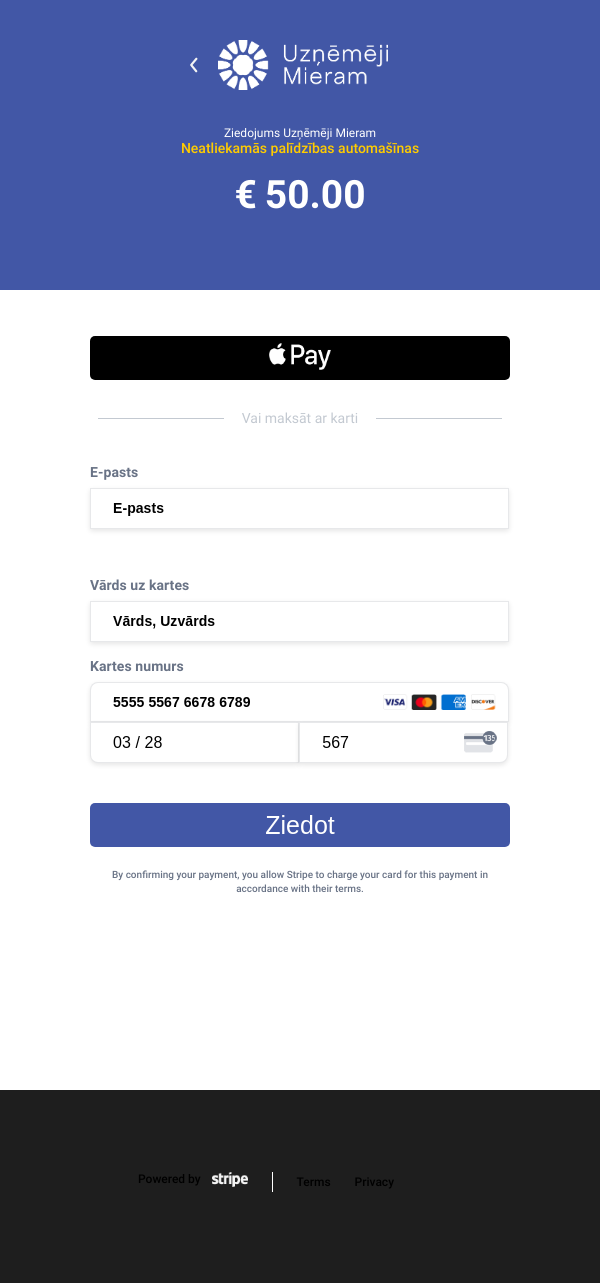
Repository: KatrinaPa/projekts_jul
Page: stripe.html
An editor plug-in stored every save of this project. The page is shown before and after the next save, followed by the edit.
The browser window is 600 px wide. The pictures show the whole page.

Above is the page before, as saved 2023-08-03 21:49:38.

### stripe.html
<!DOCTYPE html>
<html lang="en">

<head>
    <meta charset="UTF-8">
    <meta http-equiv="X-UA-Compatible" content="IE=edge">
    <meta name="viewport" content="width=device-width, initial-scale=1.0">
    <title>Stripe</title>
    <link rel="preconnect" href="https://fonts.googleapis.com">
    <link rel="preconnect" href="https://fonts.gstatic.com" crossorigin>
    <link href="https://fonts.googleapis.com/css2?family=Poppins:wght@300;400;500;600;700&display=swap"
        rel="stylesheet">
    <link rel="preconnect" href="https://fonts.googleapis.com">
    <link rel="preconnect" href="https://fonts.gstatic.com" crossorigin>
    <link href="https://fonts.googleapis.com/css2?family=Poppins:wght@300;400;500;600&display=swap" rel="stylesheet">
    <link rel="stylesheet" href="./assets/main.css" />
    <link rel="stylesheet" href="./assets/stripe-styles.css" />
    <link rel="stylesheet" href="https://cdnjs.cloudflare.com/ajax/libs/font-awesome/6.2.0/css/all.min.css" />
</head>

<body>

    <main>
        <div class="panel-2">
            <section class="section_left">
                <div class="wrapper_left">
                    <div class="logo-back"><a href="sakums.html">
                            <button class="back-btn">
                                <svg xmlns="http://www.w3.org/2000/svg" width="26" height="26" viewBox="0 0 26 26"
                                    fill="none">
                                    <path
                                        d="M15.2444 20.2912C15.0888 20.2917 14.935 20.2574 14.7944 20.1907C14.6538 20.124 14.53 20.0266 14.4319 19.9058L9.40066 13.6558C9.24745 13.4694 9.1637 13.2356 9.1637 12.9943C9.1637 12.753 9.24745 12.5192 9.40066 12.3328L14.609 6.08285C14.7858 5.87012 15.0399 5.73635 15.3153 5.71095C15.5908 5.68556 15.865 5.77062 16.0777 5.94743C16.2905 6.12424 16.4242 6.37832 16.4496 6.65376C16.475 6.9292 16.39 7.20345 16.2132 7.41618L11.5569 12.9995L16.0569 18.5828C16.1843 18.7357 16.2652 18.9219 16.2901 19.1194C16.315 19.3168 16.2827 19.5173 16.1973 19.697C16.1118 19.8767 15.9766 20.0282 15.8078 20.1335C15.6389 20.2388 15.4434 20.2935 15.2444 20.2912Z"
                                        fill="#F4F4F4" />
                                </svg>
                            </button>
                            <div>
                                <img src="assets/images/UM_logo_white.png" alt="UM_logo_white" id="logo-white">
                            </div>
                        </a></div>
                    <div class="donate-amount">
                        <p>Ziedojums Uzņēmēji Mieram<br>
                            <span>Neatliekamās palīdzības automašīnas</span>
                        </p>
                        <div>
                            <h2>€</h2>
                            <h2>50.00</h2>
                        </div>
                    </div>
                    <div class="terms-privacy">
                        <div>Powered by <img src="assets/images/stripe_wht.png" alt="Stripe" id="stripe_logo"></div>
                        <div class="centred-divid"></div>
                        <div class="terms">Terms</div>
                        <div class="privacy">Privacy</div>
                    </div>
                </div>
            </section>


            <section class="section_right">
                <div class="wrapper_right">
                    <button type="submit" class="button-ApplePay"><img src="assets/images/applePay.png" alt="ApplePay"
                            id="applePay-btn"></button>
                    <div class="pay-card-wrapper">
                        <div class="pay-card-line"></div>
                        <div class="pay-card">
                            <p>Vai maksāt ar karti</p>
                        </div>
                        <div class="pay-card-line"></div>
                    </div>

                    <div class="donor-details">
                        <form action="#">
                            <div class="input-details">
                                <label for="email">E-pasts</label>
                                <input type="email" placeholder="E-pasts" id="email" />
                            </div>
                            <div class="input-details">
                                <label for="name-onCard">Vārds uz kartes</label>
                                <input type="text" placeholder="Vārds, Uzvārds" id="name-onCard" />
                            </div>

                            <div class="input-card-details">
                                <label for="card-nr">Kartes numurs</label>
                                <input type="tel" placeholder="5555 5567 6678 6789" id="card-nr"
                                    class="input-icon-cards" />
                                <div>
                                    <input type="tel" placeholder="03 / 28" id="valid" />
                                    <input type="tel" placeholder="567" id="cvc" class="input-icon-cvc" />
                                </div>
                            </div>

                            <button type="submit" class="button-donate id=" donate-btn">Ziedot</button>
                            <div class="confirm">
                                <p>By confirming your payment, you allow Stripe to charge your card for this payment in
                                    accordance with their terms.</p>
                            </div>
                            <div class="terms-privacy-mob">
                                <div>Powered by <img src="assets/images/stripe_wht.png" alt="Stripe" id="stripe_logo">
                                </div>
                                <div class="centred-divid"></div>
                                <div class="terms">Terms</div>
                                <div class="privacy">Privacy</div>
                            </div>
                        </form>
                    </div>
                </div>
            </section>

        </div>
    </main>


</body>

</html>

### assets/stripe-styles.css
.panel-2 {
    display: flex;
    flex-direction: row;
    justify-content: center;
}

.section_left {
    display: flex;
    justify-content: center;
    width: 50%;
    height: 62.69rem;
    background-color: #4257A6;
    font-family: Roboto;
    color: #ffffff;
}

.wrapper_left {
    display: flex;
    flex-direction: column;
    align-items: flex-start;
}

.logo-back {
    margin-top: 12rem;
}

.logo-back a {
    display: flex;
    gap: 0.7rem;
}

.back-btn {
    border: 0;
    background: transparent;
    padding: 0;
    cursor: pointer;
}

#logo-white {
    width: 10.625rem;
}

.donate-amount {
    display: flex;
    flex-direction: column;
    padding-left: 3rem;
}

.donate-amount p {
    font-size: 16px;
    font-weight: 400;
    margin: 3rem 3rem 0 0;
}

.donate-amount p span {
    font-size: 18px;
    font-weight: 500;
    color: #FFCC00;
}

.donate-amount div {
    display: flex;
    gap: 0.5rem;
}

.donate-amount h2 {
    font-size: 39px;
    font-weight: 600;
    margin-top: 0.5rem;
}

.terms-privacy {
    font-size: 12px;
    font-weight: 500;
    display: flex;
    gap: 1.5rem;
    margin-top: 17.2rem;
    width: 16rem;
    padding-left: 3rem;
}

.terms-privacy div:first-child {
    display: flex;
    justify-content: space-between;
    align-items: center;
}

.terms-privacy img {
    width: 33%;
}

.centred-divid {
    width: 1px;
    height: 1.25rem;
    background-color: #ffffff;
}

.terms,
.privacy {
    padding-top: 0.2rem;
    cursor: pointer;
}



.section_right {
    width: 50%;
    background-color: #ffffff;
    font-family: Roboto;
}

.wrapper_right {
    padding: 13rem 7.2rem 0 6.6rem;
}

.button-ApplePay {
    margin-top: 1rem;
    width: 100%;
    height: 2.75rem;
    max-width: 26.25rem;
    background-color: #000;
    border-radius: 5px;
    border: none;
    cursor: pointer;
}

.button-ApplePay img {
    width: 15%;
}

.pay-card-wrapper {
    display: flex;
    align-items: center;
    padding: 1rem 0.5rem 1.5rem 0.5rem;
    max-width: 25.2rem;
}

.pay-card {
    width: 100%;
    max-width: 26.25rem;
    margin: 0 1rem;
    display: flex;
    justify-content: center;
    font-size: 14px;
    font-weight: 400;
    color: #C3C9D1;
}

.pay-card-line {
    border-top: 1px solid #C3C9D1;
    width: 90%;
}

.section_right input {
    width: auto;
    max-width: 25.8rem;
    height: 2.3rem;
    border: solid 1px rgba(60, 66, 87, 0.12);
    box-shadow: 0px 2px 5px 0px rgba(0, 0, 0, 0.1);
    font-size: 14px;
    font-weight: 600;
    line-height: 22px;
    letter-spacing: 0.07px;
}

.section_right ::placeholder {
    padding: 0 1.25rem;
    color: #000;
}

.section_right label {
    color: #697386;
    font-size: 14px;
    font-weight: 600;
    letter-spacing: 0.07px;
}

form div:first-child {
    margin-bottom: 3rem;
}

.input-details {
    display: flex;
    flex-direction: column;
    gap: 0.5rem;
    margin-bottom: 1rem;
}

.input-card-details {
    gap: 0;
    display: flex;
    flex-direction: column;
}

.input-card-details label {
    margin-bottom: 0.5rem;
}

.input-card-details div {
    display: flex;
    flex-direction: row;
}

.input-card-details div input {
    width: 50%;
    max-width: 12.7rem;
    font-size: 16px;
    font-weight: 500;
}

.input-details input {
    margin: 0;
}

#card-nr {
    border-radius: 8px 8px 0 0;
}

#valid {
    border-radius: 0 0 0 8px;
}

#cvc {
    border-radius: 0 0 8px 0;
}

.input-icon-cards {
    background-image: url(images/cards.png);
    background-position: right center;
    background-size: 35%;
}

.input-icon-cvc {
    background-image: url(images/cvc.png);
    background-position: right center;
    background-size: 21%;
}

.donor-details input {
    background-repeat: no-repeat;
}

.confirm {
    color: #697386;
    text-align: center;
    font-size: 10px;
    font-weight: 500;
    line-height: 14px;
    padding-top: 0.7rem;
    max-width: 26.25rem;

}

.button-donate {
    margin-top: 2.5rem;
    width: 100%;
    max-width: 26.25rem;
    background-color: #4257A6;
    color: #ffffff;
    font-size: 25px;
    font-weight: 500;
    height: 2.75rem;
    text-decoration: none;
    border-radius: 5px;
    border: none;
    cursor: pointer;
}

.terms-privacy-mob {
    display: none;
}

@media (min-width: 1370px) {
    .wrapper_right {
        padding: 13rem 10.5rem 0 6.6rem;
    }
}

@media (min-width: 1340px) {
    .wrapper_right {
        padding: 13rem 9.5rem 0 6.6rem;
    }
}

@media (min-width: 1300px) {
    .wrapper_right {
        padding: 13rem 8.5rem 0 6.6rem;
    }
}

@media screen and (max-width: 1279px) {

    .donate-amount p {
        font-size: 14px;
    }

    .donate-amount p span {
        font-size: 16px;
    }

    .pay-card-line {
        width: 75%;
    }

    .wrapper_right {
        padding: 13rem 7.5rem 0 5.6rem;
    }
}

@media screen and (max-width: 1120px) {

    .pay-card-line {
        width: 60%;
    }

    .wrapper_right {
        padding: 13rem 6.5rem 0 5rem;
    }
}

@media (max-width: 1020px) {

    .wrapper_right {
        padding: 13rem 5.5rem 0 4.5rem;
    }
}

@media (max-width: 952px) {

    .pay-card-line {
        width: 53%;
    }

    .pay-card {
        margin: 0 0.8rem;
    }

    .wrapper_right {
        padding: 13rem 4.4rem 0 4rem;
    }
}

@media (max-width: 854px) {

    .pay-card-line {
        width: 41%;
    }

    .wrapper_right {
        padding: 13rem 3rem 0 3rem;
    }
}

@media (max-width: 804px) {

    .input-icon-cards {
        background-size: 30%;
    }
}

@media screen and (max-width: 700px) {

    .panel-2 {
        flex-direction: column;
        align-items: center;
    }

    .section_left {
        height: 18.125rem;
        width: 100%;
    }

    .donate-amount p {
        font-size: 12px;
    }

    .donate-amount p span {
        font-size: 14px;
    }

    .logo-back {
        margin-top: 2.5rem;
    }

    .donate-amount {
        padding-left: 0;
    }

    .donate-amount p {
        margin: 2rem 0 0.5rem 0;
        text-align: center;
    }

    .donate-amount div {
        justify-content: center;
    }

    .terms-privacy {
        display: none;
    }


    .section_right {
        height: 50rem;
        width: 100%;
    }

    .wrapper_right {
        padding: 2.875rem 1.5rem 3rem 1.5rem;
        display: flex;
        flex-direction: column;
        align-items: center;
    }

    .button-ApplePay {
        margin-top: 0;
    }

    .pay-card-wrapper {
        width: 100%;
    }

    .pay-card-line {
        width: 100%;
    }

    .terms-privacy-mob {
        font-size: 12px;
        font-weight: 500;
        display: flex;
        gap: 1.5rem;
        margin-top: 17.2rem;
        width: 16rem;
        padding-left: 3rem;
    }

    .terms-privacy-mob div:first-child {
        display: flex;
        justify-content: space-between;
        align-items: center;
    }

    .terms-privacy-mob img {
        width: 33%;
    }

}

@media screen and (max-width: 445px) {
    .pay-card-line {
        width: 70%;
    }


}

Loaded but not shown: assets/main.css (1433 lines, source omitted)

After the next save:
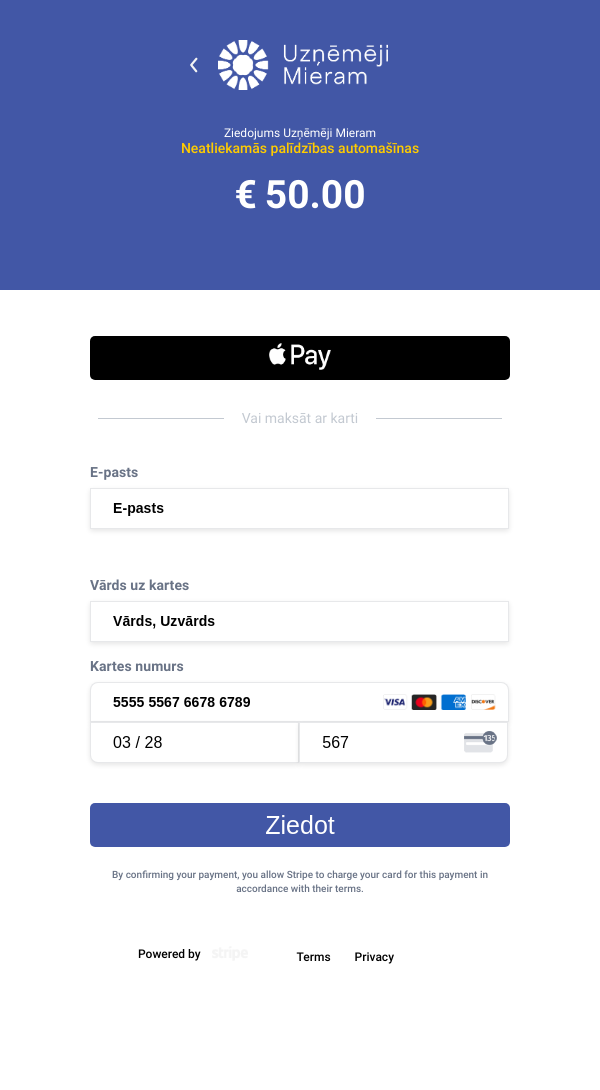
Saved 96 s later.
--- a/assets/stripe-styles.css
+++ b/assets/stripe-styles.css
@@ -429,7 +429,7 @@
         font-weight: 500;
         display: flex;
         gap: 1.5rem;
-        margin-top: 17.2rem;
+        margin-top: 3.125rem;
         width: 16rem;
         padding-left: 3rem;
     }
